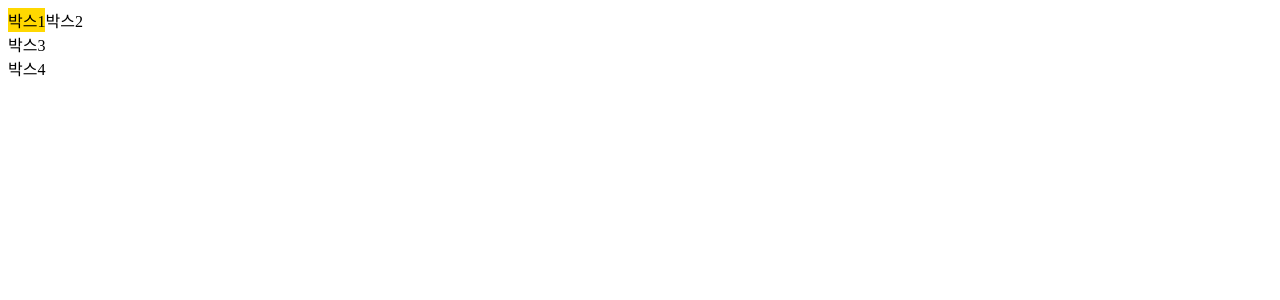
Repository: topyoungil/CodeMemories-ByJake
Page: HTML_CSS/WebContent/test/1003_css/float-3.html
The author's editor kept a copy of each file at every save. The page is drawn from the files as they stood at one save, then again after the next save.
The browser window is 1280 px wide. The pictures show the whole page.

Above is the page before, as saved 2022-10-03 06:07:34.

After the next save:
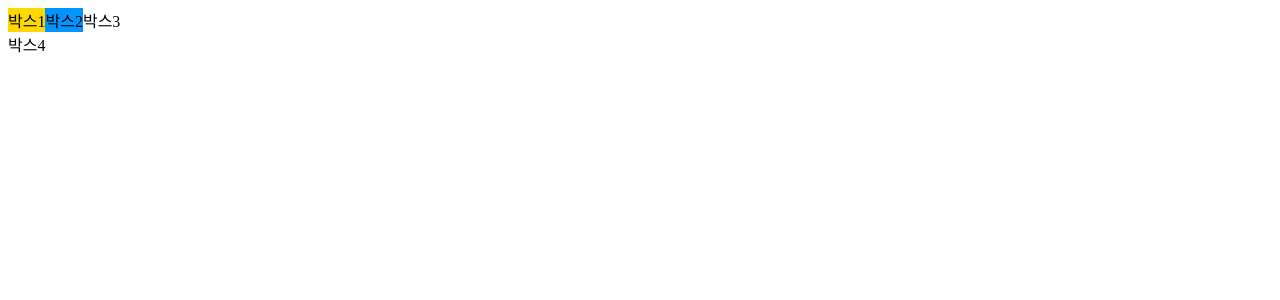
Saved 27 s later.
--- a/HTML_CSS/WebContent/test/1003_css/float-3.html
+++ b/HTML_CSS/WebContent/test/1003_css/float-3.html
@@ -9,7 +9,8 @@
 		float: left;
 	}
 	#box2 {
-
+		background: #0094ff;
+		float: left;
 	}
 
 
